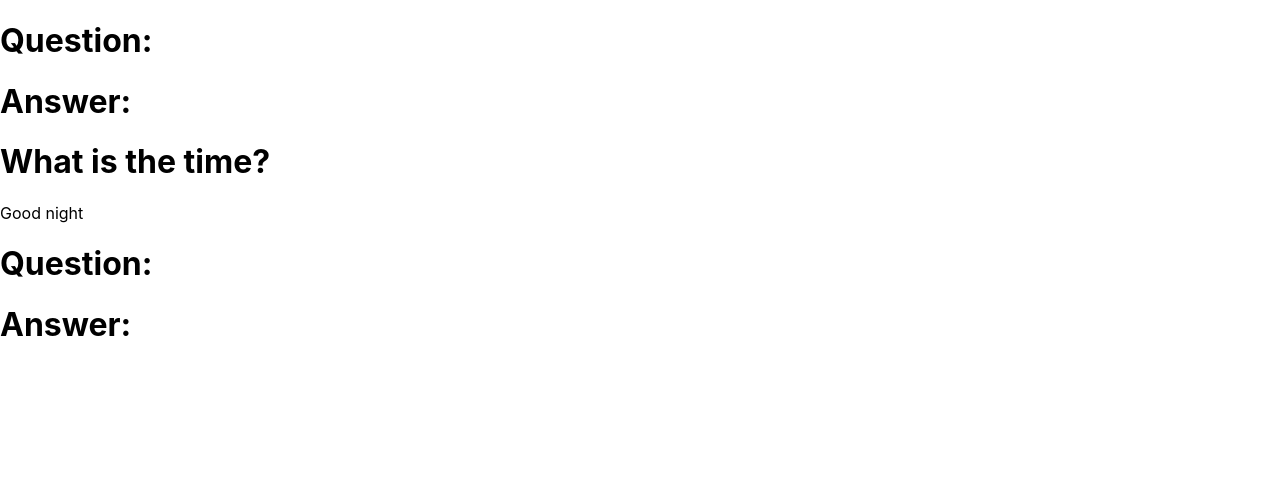
Repository: Antonynans/Todo-app
Page: /
An editor plug-in stored every save of this project. The page is shown before and after the next save, followed by the edit.
The browser window is 1280 px wide. The pictures show the whole page.
The project was rebuilt for these pictures with package versions that can differ from the ones it lists, and the page was loaded fresh each time.

Above is the page before, as saved 2020-09-17 14:41:34.

After the next save:
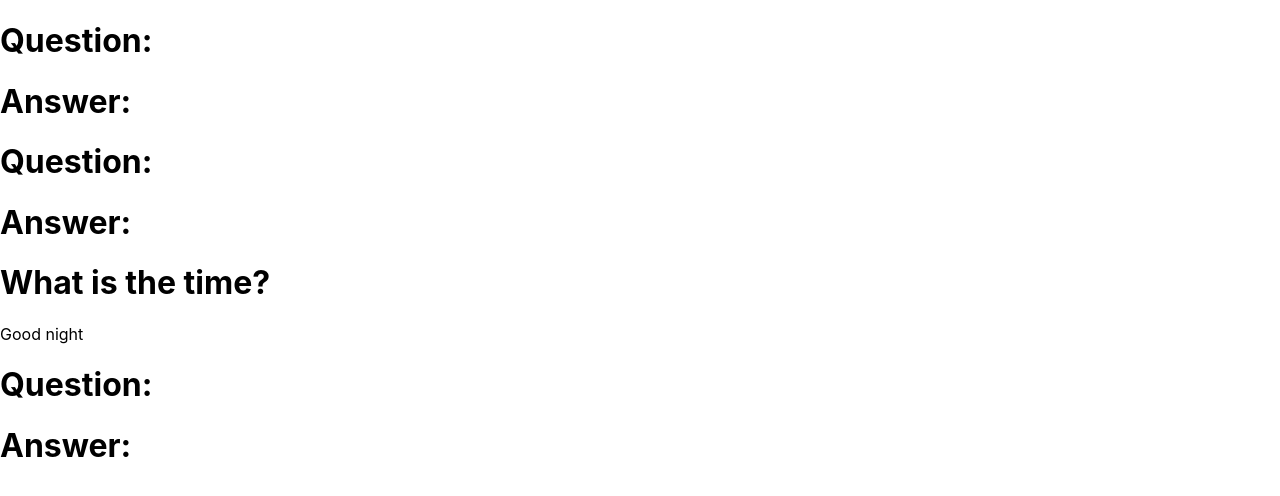
Saved 15 s later.
--- a/src/App.js
+++ b/src/App.js
@@ -6,6 +6,8 @@ function App() {
   return (
     <div>
        <ItemTask />
+       <ItemTask />
+
       <MyApp />
       <ItemTask />
     </div>
